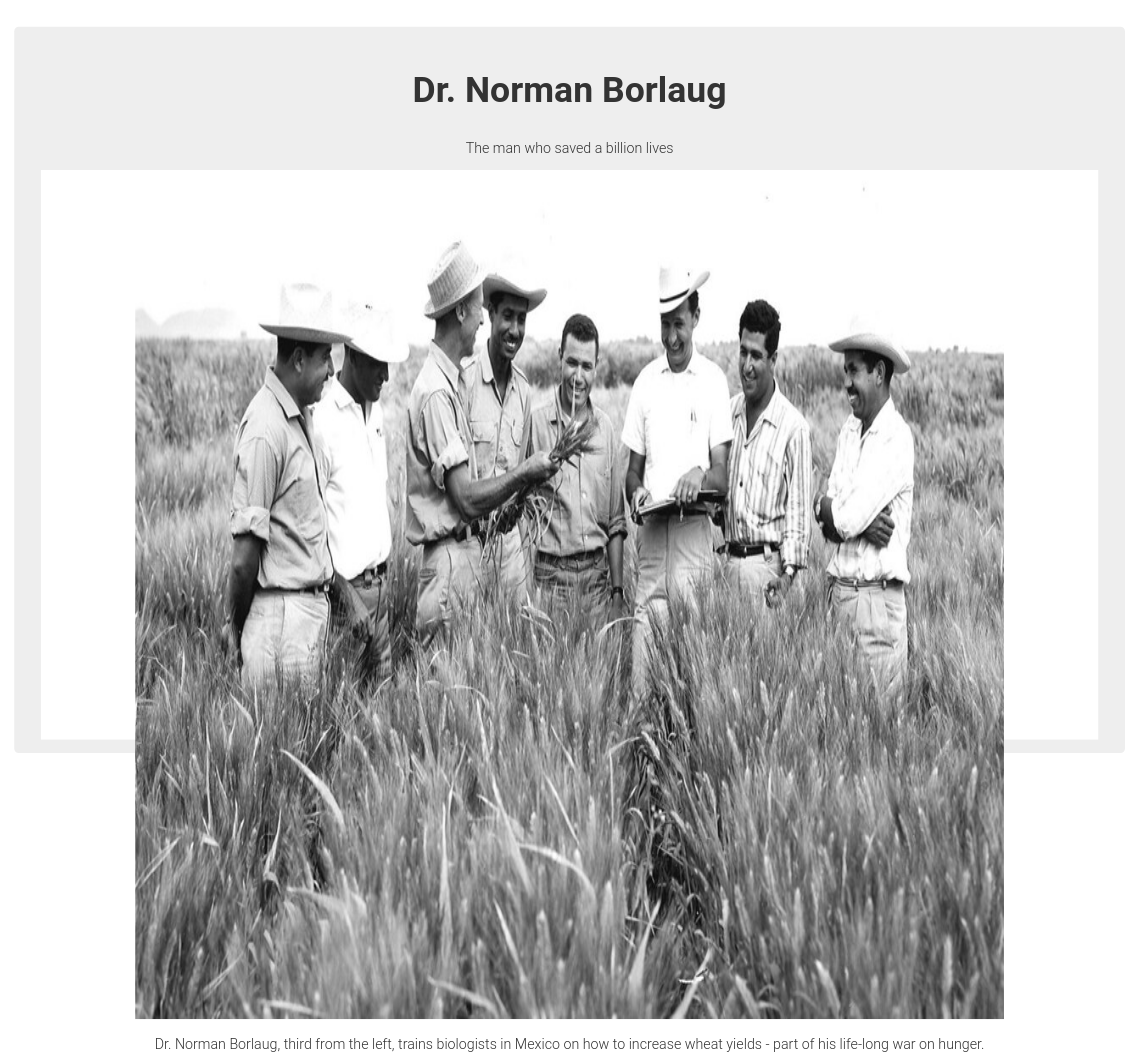
Repository: HTDuy01/github-demo
Page: freecodecamp/index.html
These files come from the project's save history. The page is drawn as it stood at one moment and after the next save; the edit follows.
The browser window is 1280 px wide. The pictures show the whole page, at 89% of full size.

Above is the page before, as saved 2021-11-17 20:20:32.

### freecodecamp/index.html
<!DOCTYPE html>
<html lang="en">
<head>
    <meta charset="UTF-8">
    <meta http-equiv="X-UA-Compatible" content="IE=edge">
    <meta name="viewport" content="width=device-width, initial-scale=1.0">
    <title>Document</title>
    <link rel="stylesheet" href="/assets/css/style.css">
    <link rel="stylesheet" href="/assets/css/base.css">
</head>
<body>
    <div class="main">
        <header id="title">
            <h1 class="heading">Dr. Norman Borlaug</h1>
            <p class="sub-heading">The man who saved a billion lives</p>
        </header>

        <div id="img-div">
            <img src="/assets/img/tribute-page-main-image.jpg" alt="" class="img">
            <p class="content-img">Dr. Norman Borlaug, third from the left, trains biologists in Mexico on how to increase wheat yields - part of his life-long war on hunger.</p>
        </div>

        <div class="content">

        </div>

        <footer class="footer">

        </footer>
    </div>
</body>
</html>

### freecodecamp/assets/css/style.css
.main {
    background-color: #eee;
    margin: 30px 8px;
    padding: 15px;
    border-radius: 5px;
}

/* header */
#title {
    text-align: center;
}

.heading {
    color: var(--color-header);
    font-size: 4rem;
    font-weight: 600;
    margin-top: 27px;
    line-height: 60px;
}

.sub-heading {
    font-size: 1.6rem;
    color: var(--color-header);
    font-weight: 300;
}

/* Bener */
#img-div {
    height: 640px;
    background-color: #fff;
    margin: 0 15px;
    text-align: center;
}

.img {
    width: 976px;
    height: 954px;
}

.content-img {
    font-size: 1.6rem;
    color: var(--color-header);
    font-weight: 300;
}

### freecodecamp/assets/css/base.css

* {
    box-sizing: inherit;
}

html {
    font-size: 62.5%;
    line-height: 1.6rem;
    font-family: 'Roboto', sans-serif;
    box-sizing: border-box;
}

:root {
    --color-header:#333;
}

After the next save:
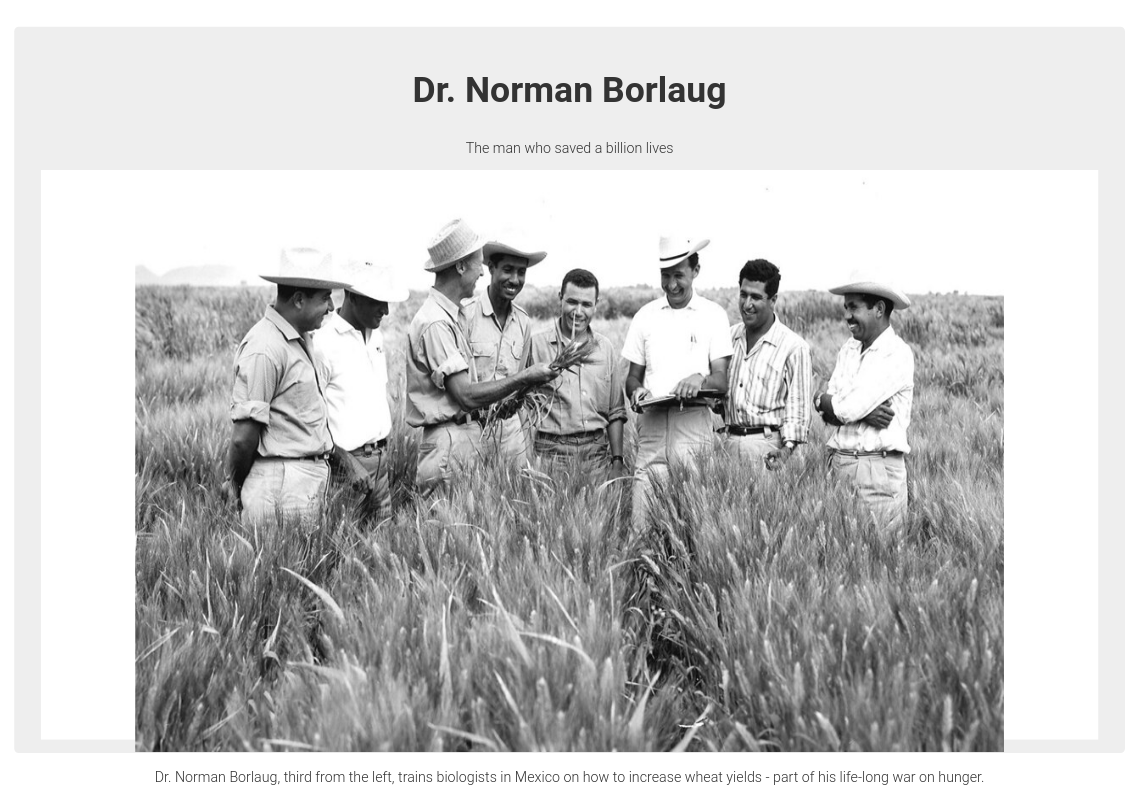
Saved 4 s later.
--- a/freecodecamp/assets/css/style.css
+++ b/freecodecamp/assets/css/style.css
@@ -34,7 +34,7 @@
 
 .img {
     width: 976px;
-    height: 954px;
+    height: 654px;
 }
 
 .content-img {
